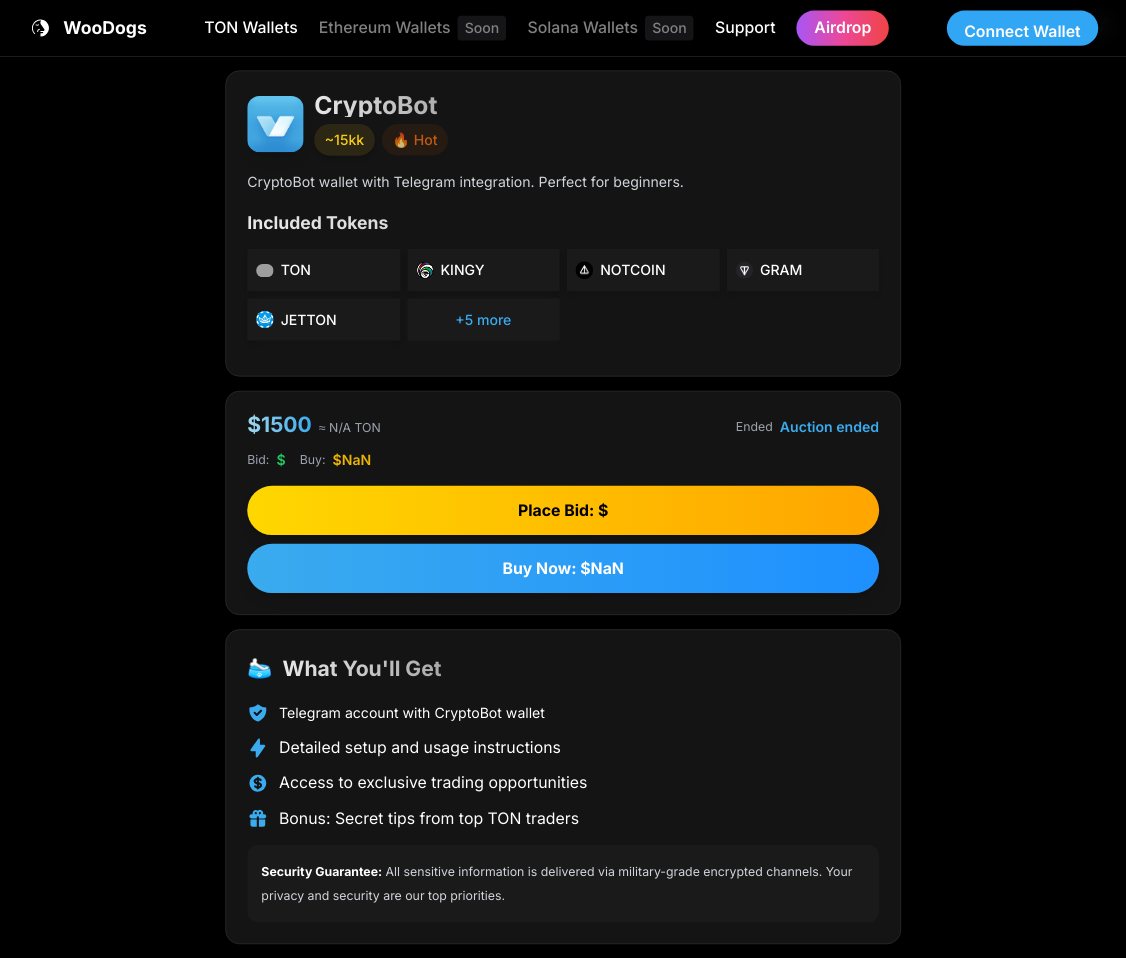
Repository: itititi/woofdogs_off
Page: /wallet/cryptobot-1
These files come from the project's save history. The page is drawn as it stood at one moment and after the next save; the edit follows.
The browser window is 1280 px wide. The pictures show the whole page, at 88% of full size.
Pictures or frames that could not be fetched are drawn as grey boxes. The page's requests for data from a server got no answer. The project was rebuilt for these pictures with package versions that can differ from the ones it lists, and the page was loaded fresh each time. The framework's server and built-in components were replaced by stand-ins that run in the browser. No one was signed in, and anything a server would have sent is missing. Also part of the build but not shown: next.config.mjs.

Above is the page before, as saved 2024-10-30 23:38:15.

After the next save:
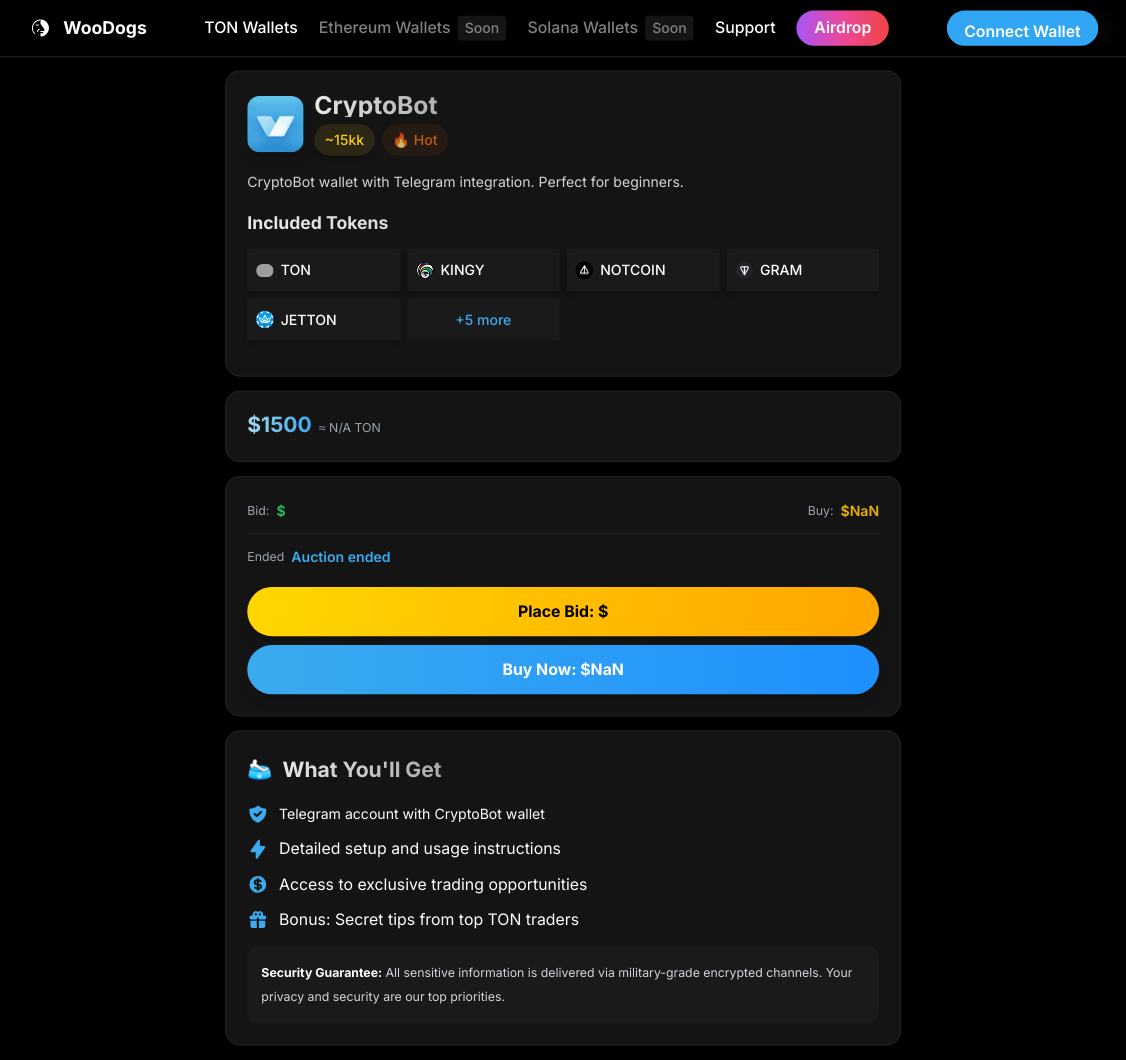
Saved 84 s later.
--- a/src/app/wallet/[id]/page.tsx
+++ b/src/app/wallet/[id]/page.tsx
@@ -192,6 +192,24 @@
                     ≈ {tonAmount} TON
                   </span>
                 </div>
+              </div>
+            </div>
+          </div>
+
+          <div className="bg-[#141414] rounded-2xl overflow-hidden shadow-2xl p-4 sm:p-6 mb-4 border border-[#2A2A2E]">
+            <div className="flex flex-col gap-3">
+              <div className="flex items-center justify-between">
+                <div className="flex items-center">
+                  <span className="text-[14px] text-gray-400">Bid:</span>
+                  <span className="text-[16px] font-semibold text-green-500 ml-2">${wallet.auctionPriceUSD}</span>
+                </div>
+                <div className="flex items-center">
+                  <span className="text-[14px] text-gray-400">Buy:</span>
+                  <span className="text-[16px] font-semibold text-yellow-500 ml-2">${buyNowPrice}</span>
+                </div>
+              </div>
+
+              <div className="flex items-center justify-between border-t border-[#2A2A2E] pt-3">
                 <div className="flex items-center">
                   <span className="text-[14px] text-gray-400 mr-2">
                     {isAuctionEnded ? 'Ended' : 'Ends:'}
@@ -201,27 +219,15 @@
                   </span>
                 </div>
               </div>
-              <div className="flex items-center justify-between">
-                <div className="flex items-center gap-4">
-                  <div className="flex items-center">
-                    <span className="text-[14px] text-gray-400">Bid:</span>
-                    <span className="text-[16px] font-semibold text-green-500 ml-2">${wallet.auctionPriceUSD}</span>
-                  </div>
-                  <div className="flex items-center">
-                    <span className="text-[14px] text-gray-400">Buy:</span>
-                    <span className="text-[16px] font-semibold text-yellow-500 ml-2">${buyNowPrice}</span>
-                  </div>
-                </div>
-              </div>
-            </div>
-
-            <div className="flex flex-col gap-2.5 mt-4">
-              <button className="w-full bg-gradient-to-r from-[#FFD700] to-[#FFA500] text-black text-[18px] font-bold py-3.5 px-6 rounded-full hover:brightness-110 transition-all duration-300 shadow-lg hover:shadow-xl">
-                Place Bid: ${wallet.auctionPriceUSD}
-              </button>
-              <button className="w-full bg-gradient-to-r from-[#3AABEE] to-[#1E90FF] text-white text-[18px] font-bold py-3.5 px-6 rounded-full hover:brightness-110 transition-all duration-300 shadow-lg hover:shadow-xl">
-                Buy Now: ${buyNowPrice}
-              </button>
+
+              <div className="flex flex-col gap-2.5 mt-2">
+                <button className="w-full bg-gradient-to-r from-[#FFD700] to-[#FFA500] text-black text-[18px] font-bold py-3.5 px-6 rounded-full hover:brightness-110 transition-all duration-300 shadow-lg hover:shadow-xl">
+                  Place Bid: ${wallet.auctionPriceUSD}
+                </button>
+                <button className="w-full bg-gradient-to-r from-[#3AABEE] to-[#1E90FF] text-white text-[18px] font-bold py-3.5 px-6 rounded-full hover:brightness-110 transition-all duration-300 shadow-lg hover:shadow-xl">
+                  Buy Now: ${buyNowPrice}
+                </button>
+              </div>
             </div>
           </div>
 

After the save that followed:
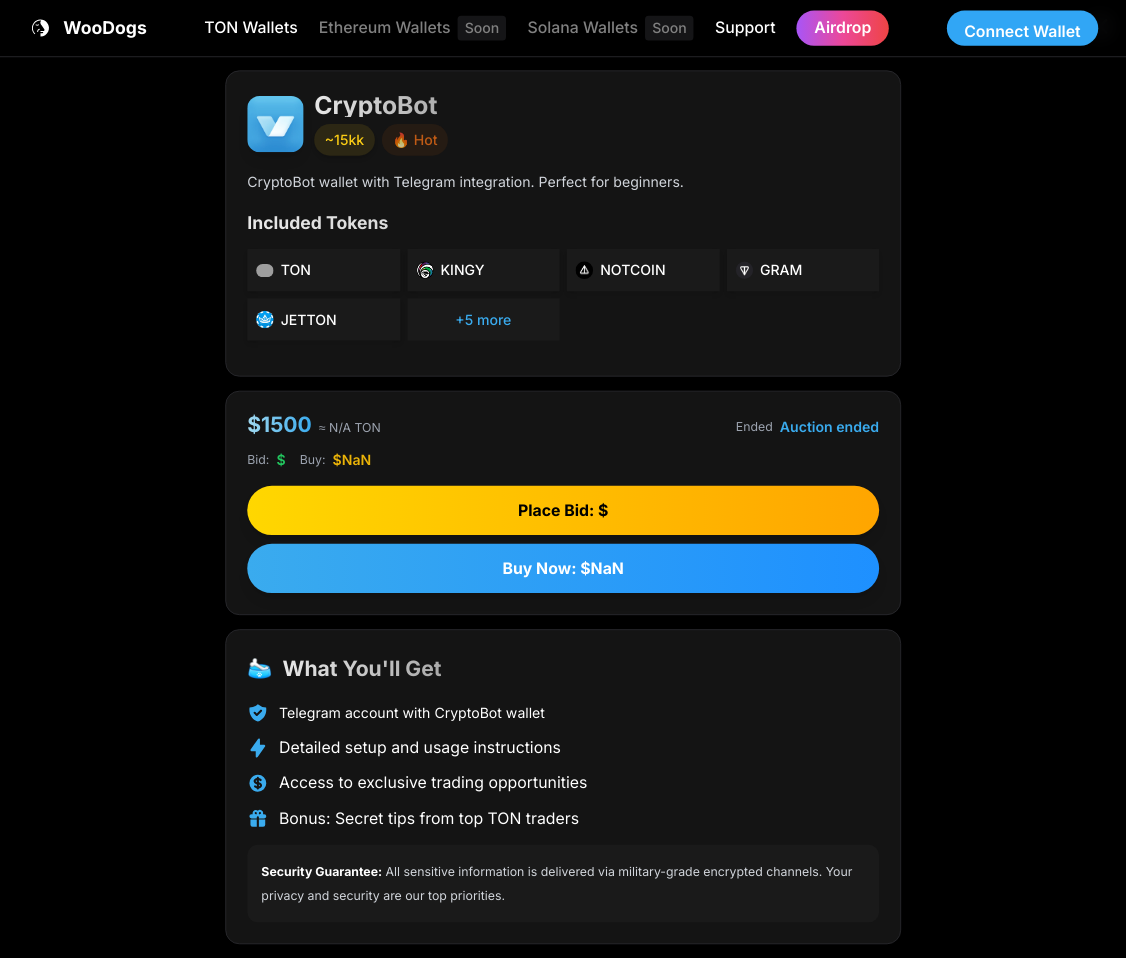
Saved 5 min 30 s later.
--- a/src/app/wallet/[id]/page.tsx
+++ b/src/app/wallet/[id]/page.tsx
@@ -192,24 +192,6 @@
                     ≈ {tonAmount} TON
                   </span>
                 </div>
-              </div>
-            </div>
-          </div>
-
-          <div className="bg-[#141414] rounded-2xl overflow-hidden shadow-2xl p-4 sm:p-6 mb-4 border border-[#2A2A2E]">
-            <div className="flex flex-col gap-3">
-              <div className="flex items-center justify-between">
-                <div className="flex items-center">
-                  <span className="text-[14px] text-gray-400">Bid:</span>
-                  <span className="text-[16px] font-semibold text-green-500 ml-2">${wallet.auctionPriceUSD}</span>
-                </div>
-                <div className="flex items-center">
-                  <span className="text-[14px] text-gray-400">Buy:</span>
-                  <span className="text-[16px] font-semibold text-yellow-500 ml-2">${buyNowPrice}</span>
-                </div>
-              </div>
-
-              <div className="flex items-center justify-between border-t border-[#2A2A2E] pt-3">
                 <div className="flex items-center">
                   <span className="text-[14px] text-gray-400 mr-2">
                     {isAuctionEnded ? 'Ended' : 'Ends:'}
@@ -219,15 +201,27 @@
                   </span>
                 </div>
               </div>
-
-              <div className="flex flex-col gap-2.5 mt-2">
-                <button className="w-full bg-gradient-to-r from-[#FFD700] to-[#FFA500] text-black text-[18px] font-bold py-3.5 px-6 rounded-full hover:brightness-110 transition-all duration-300 shadow-lg hover:shadow-xl">
-                  Place Bid: ${wallet.auctionPriceUSD}
-                </button>
-                <button className="w-full bg-gradient-to-r from-[#3AABEE] to-[#1E90FF] text-white text-[18px] font-bold py-3.5 px-6 rounded-full hover:brightness-110 transition-all duration-300 shadow-lg hover:shadow-xl">
-                  Buy Now: ${buyNowPrice}
-                </button>
-              </div>
+              <div className="flex items-center justify-between">
+                <div className="flex items-center gap-4">
+                  <div className="flex items-center">
+                    <span className="text-[14px] text-gray-400">Bid:</span>
+                    <span className="text-[16px] font-semibold text-green-500 ml-2">${wallet.auctionPriceUSD}</span>
+                  </div>
+                  <div className="flex items-center">
+                    <span className="text-[14px] text-gray-400">Buy:</span>
+                    <span className="text-[16px] font-semibold text-yellow-500 ml-2">${buyNowPrice}</span>
+                  </div>
+                </div>
+              </div>
+            </div>
+
+            <div className="flex flex-col gap-2.5 mt-4">
+              <button className="w-full bg-gradient-to-r from-[#FFD700] to-[#FFA500] text-black text-[18px] font-bold py-3.5 px-6 rounded-full hover:brightness-110 transition-all duration-300 shadow-lg hover:shadow-xl">
+                Place Bid: ${wallet.auctionPriceUSD}
+              </button>
+              <button className="w-full bg-gradient-to-r from-[#3AABEE] to-[#1E90FF] text-white text-[18px] font-bold py-3.5 px-6 rounded-full hover:brightness-110 transition-all duration-300 shadow-lg hover:shadow-xl">
+                Buy Now: ${buyNowPrice}
+              </button>
             </div>
           </div>
 
